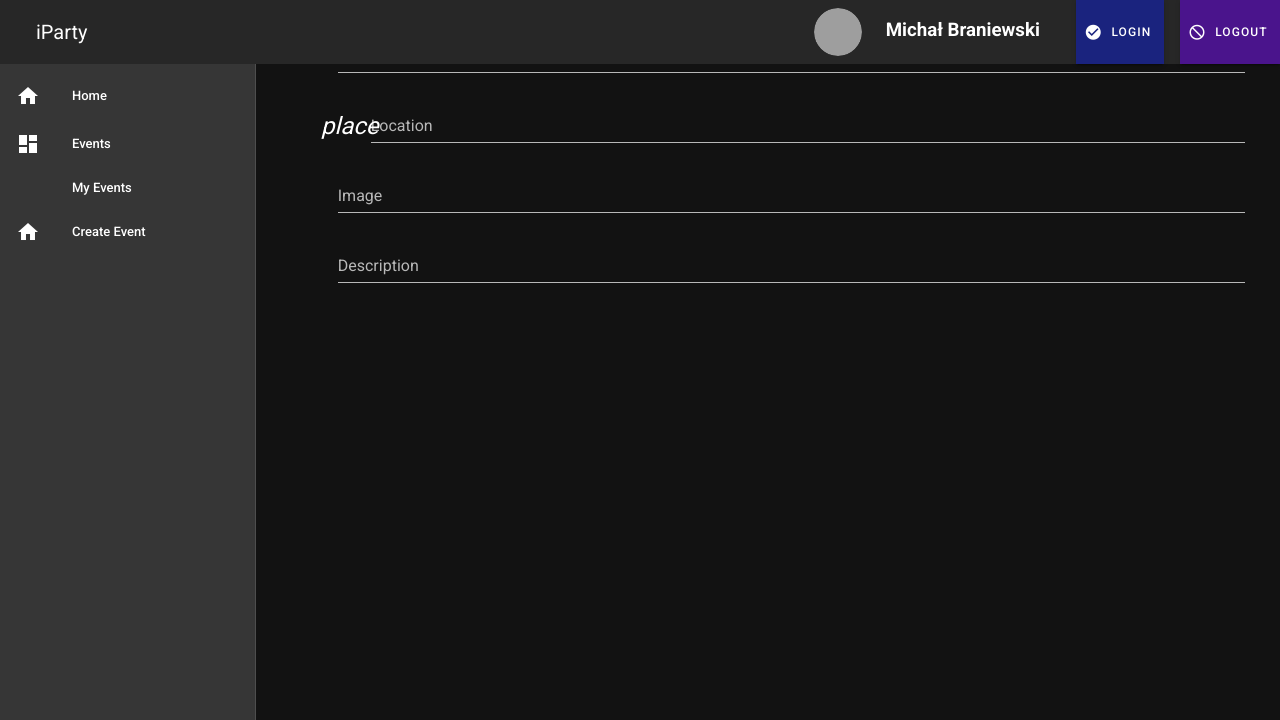
Repository: hexanek/partyapp
Page: /#/addevent
The author's editor kept a copy of each file at every save. The page is drawn from the files as they stood at one save, then again after the next save.
The browser window is 1280 px wide. The pictures show the whole page.
Pictures or frames that could not be fetched are drawn as grey boxes. The project was rebuilt for these pictures with package versions that can differ from the ones it lists, and the page was loaded fresh each time. Also part of the build but not shown: vue.config.js, src/components/Popup.vue, src/components/Gmap.vue, src/components/Home.vue.

Above is the page before, as saved 2020-01-26 14:08:33.

After the next save:
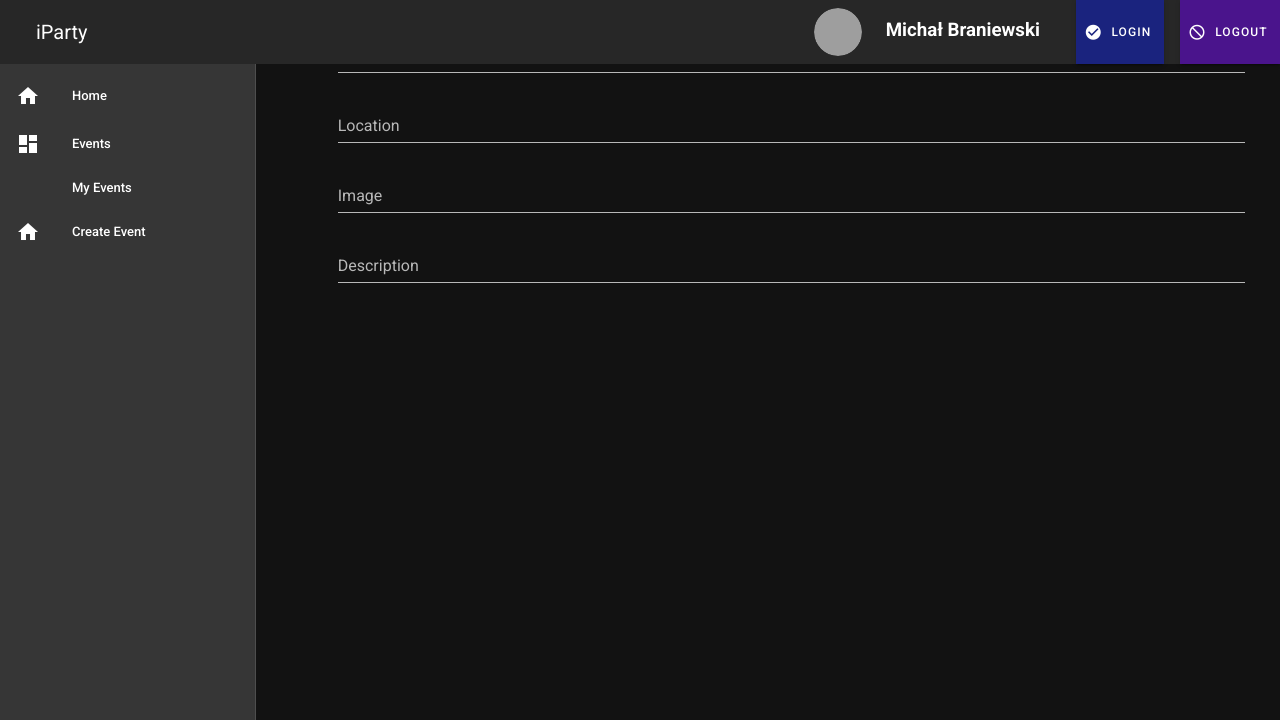
Saved 8 s later.
--- a/src/components/Event/EventForm.vue
+++ b/src/components/Event/EventForm.vue
@@ -24,7 +24,6 @@
                                 name="location"
                                 label="Location"
                                 id="location"
-                                prepend-icon="place"
                                 required></v-text-field>
                             </v-flex>
                         </v-layout>
